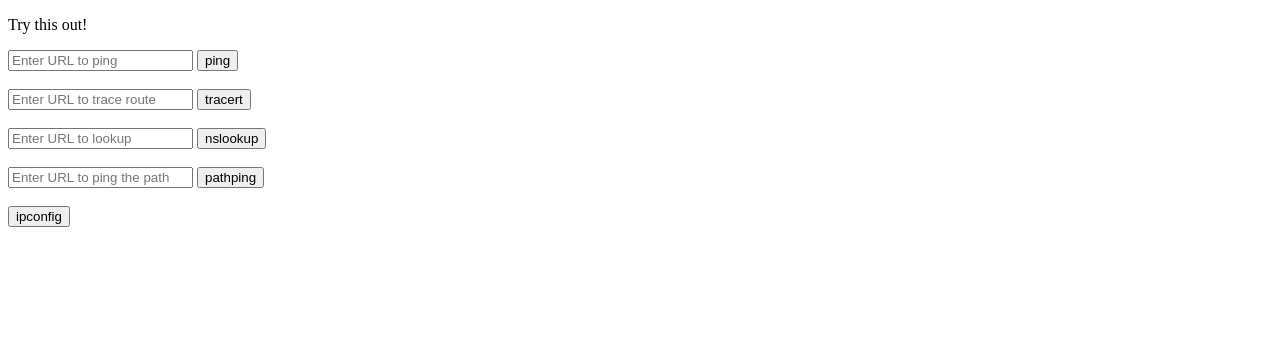
Repository: TarangGarlapally/NetworkCommandsSimulation
Page: http://localhost/NetworkManagement/index.jsp
The author's editor kept a copy of each file at every save. The page is drawn from the files as they stood at one save, then again after the next save.
The browser window is 1280 px wide. The pictures show the whole page.
The page is served by Tomcat 9. Other server files are loaded and not shown.

Above is the page before, as saved 2021-01-03 10:31:01.

### NetworkManagement/WebContent/index.jsp
<%@ page language="java" contentType="text/html; charset=UTF-8"
    pageEncoding="UTF-8"%>
<!DOCTYPE html>
<html>
<head>
<meta charset="UTF-8">
<title>Insert title here</title>
</head>
<body>

<p style="white-space: break-spaces;">Try this out!</p>
<form action = "PingCmd" method = "get">
	<input type="text" name="pingurl" placeholder="Enter URL to ping"></input>
	<button type = "submit" name = "command" value="ping">ping</button>
	<br /><br />

	<input type="text" name="tracerturl" placeholder="Enter URL to trace route"></input>
	<button type = "submit" name = "command" value="tracert">tracert</button>
	<br /><br />

	<input type="text" name="nslookupurl" placeholder="Enter URL to lookup"></input>
	<button type = "submit" name = "command" value="nslookup">nslookup</button>
	<br /><br />

	<input type="text" name="pathpingurl" placeholder="Enter URL to ping the path"></input>
	<button type = "submit" name = "command" value="pathping">pathping</button>
	<br /><br />

	<button type = "submit" name = "command" value="ipconfig">ipconfig</button>
</form>
<%
String output = request.getParameter("done");
if(output != null){
	for(String line: output.split("\n")){
		%>
		<p><%=line%></p>
		<%
	}
}

%>


</body>
</html>

After the next save:
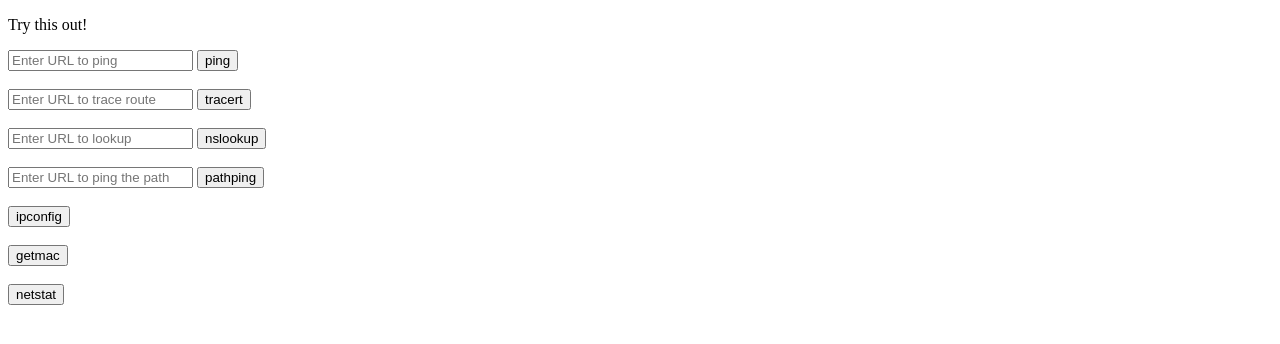
Saved 2 min 48 s later.
--- a/NetworkManagement/WebContent/index.jsp
+++ b/NetworkManagement/WebContent/index.jsp
@@ -4,7 +4,7 @@
 <html>
 <head>
 <meta charset="UTF-8">
-<title>Insert title here</title>
+<title>Network Commands Simulator</title>
 </head>
 <body>
 
@@ -27,6 +27,13 @@
 	<br /><br />
 
 	<button type = "submit" name = "command" value="ipconfig">ipconfig</button>
+	<br /><br />
+
+	<button type = "submit" name = "command" value="getmac">getmac</button>
+	<br /><br />
+
+	<button type = "submit" name = "command" value="netstat">netstat</button>
+	<br /><br />
 </form>
 <%
 String output = request.getParameter("done");
